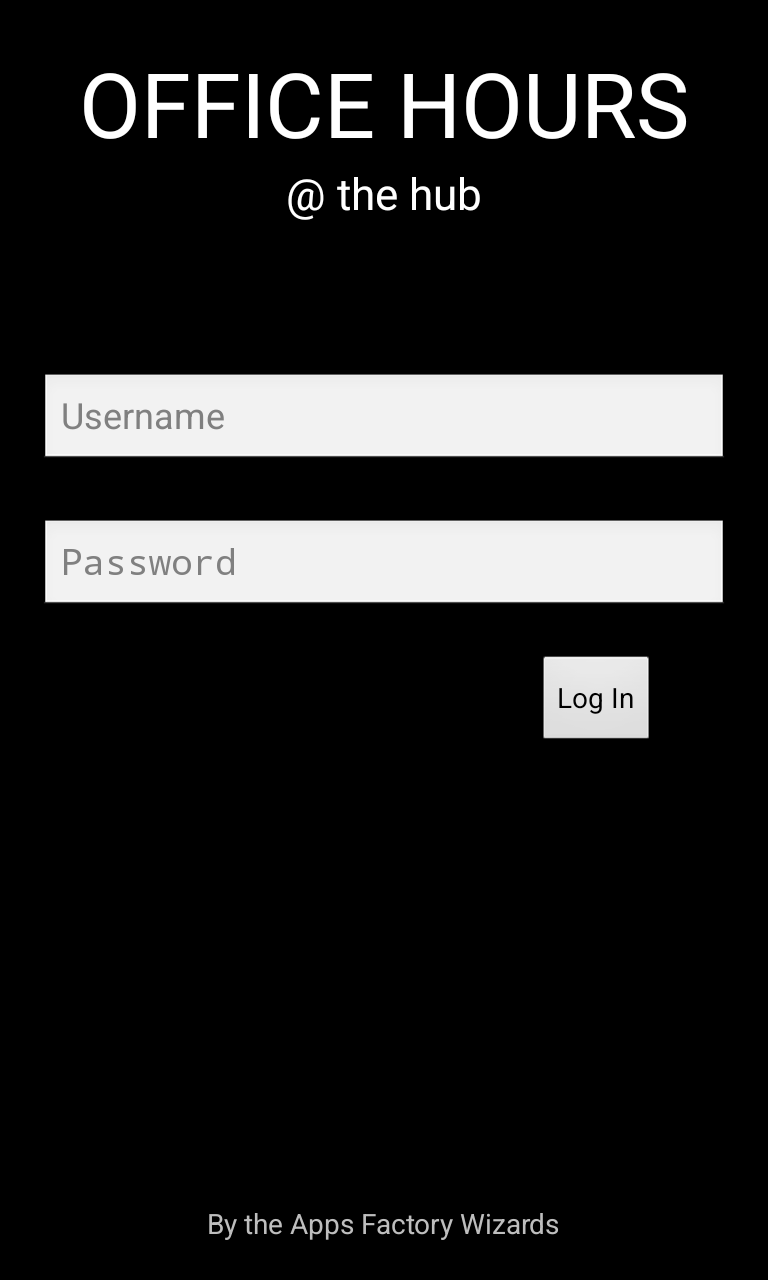
Repository: appsfactory/OfficeHours
Layout: OfficeHoursClient/res/layout/activity_log__in.xml
The author's editor kept a copy of each file at every save. The layout is drawn from the files as they stood at one save, then again after the next save.
It is drawn on a 768 x 1280 px phone screen (xhdpi) without system bars, with theme AppTheme; the app's code is not run.

Above is the layout before, as saved 2012-10-05 18:04:39.

After the next save:
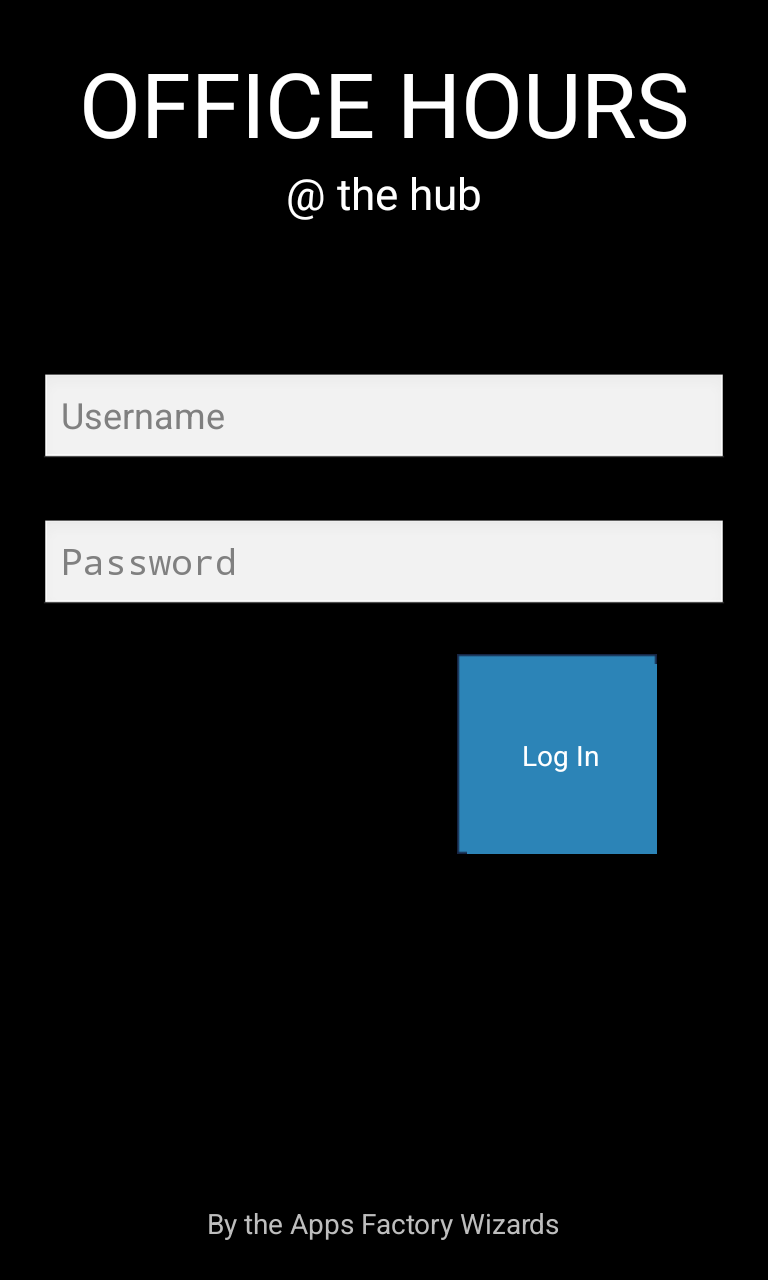
Saved 8 s later.
--- a/OfficeHoursClient/res/layout/activity_log__in.xml
+++ b/OfficeHoursClient/res/layout/activity_log__in.xml
@@ -72,6 +72,8 @@
         android:layout_below="@+id/linearLayout1"
         android:layout_marginRight="16dp"
         android:text="Log In"
-        android:onClick="logIn" />
+        android:onClick="logIn"
+        android:background="@drawable/button_blue"
+        android:textColor="#FFFFFF" />
 
 </RelativeLayout>
